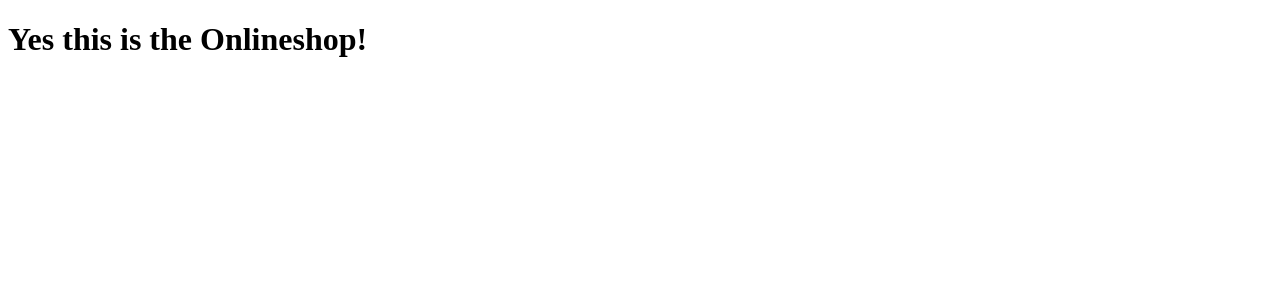
Repository: schoenfinkeln/onlineshopEE
Page: onlineshop-war/WebContent/index.html
These files come from the project's save history. The page is drawn as it stood at one moment and after the next save; the edit follows.
The browser window is 1280 px wide. The pictures show the whole page.

Above is the page before, as saved 2016-10-03 17:38:27.

After the next save:
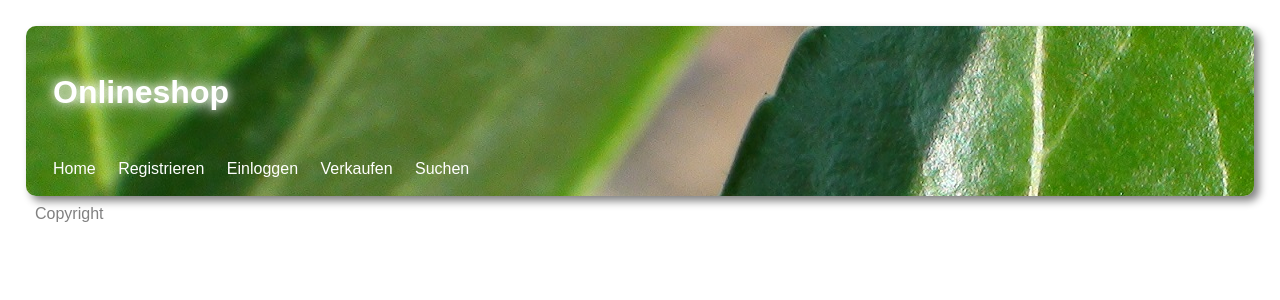
Saved 19 h 26 min later.
--- a/onlineshop-war/WebContent/index.html
+++ b/onlineshop-war/WebContent/index.html
@@ -1,10 +1,26 @@
 <!DOCTYPE html>
 <html>
-<head>
-<meta charset="UTF-8">
-<title>Hello this is the Onlineshop</title>
-</head>
-<body>
-	<h1>Yes this is the Onlineshop!</h1>
-</body>
+    <head>
+        <meta charset="UTF-8"/>
+	<link rel="stylesheet" href="css/styles.css">
+       <title>Onlineshop</title>
+    </head>
+    <body>
+        <header>
+            <hgroup>
+            <h1 class="title">Onlineshop</h1>
+            </hgroup>
+            <nav>
+              <a href="index.html">Home</a>
+              <a href="register.html">Registrieren</a>
+              <a href="signin.html">Einloggen</a>
+              <a href="sell.html">Verkaufen</a>
+              <a href="search.html">Suchen</a>
+            </nav>
+	</header>
+
+	<footer>
+            Copyright
+	</footer>
+    </body>
 </html>
